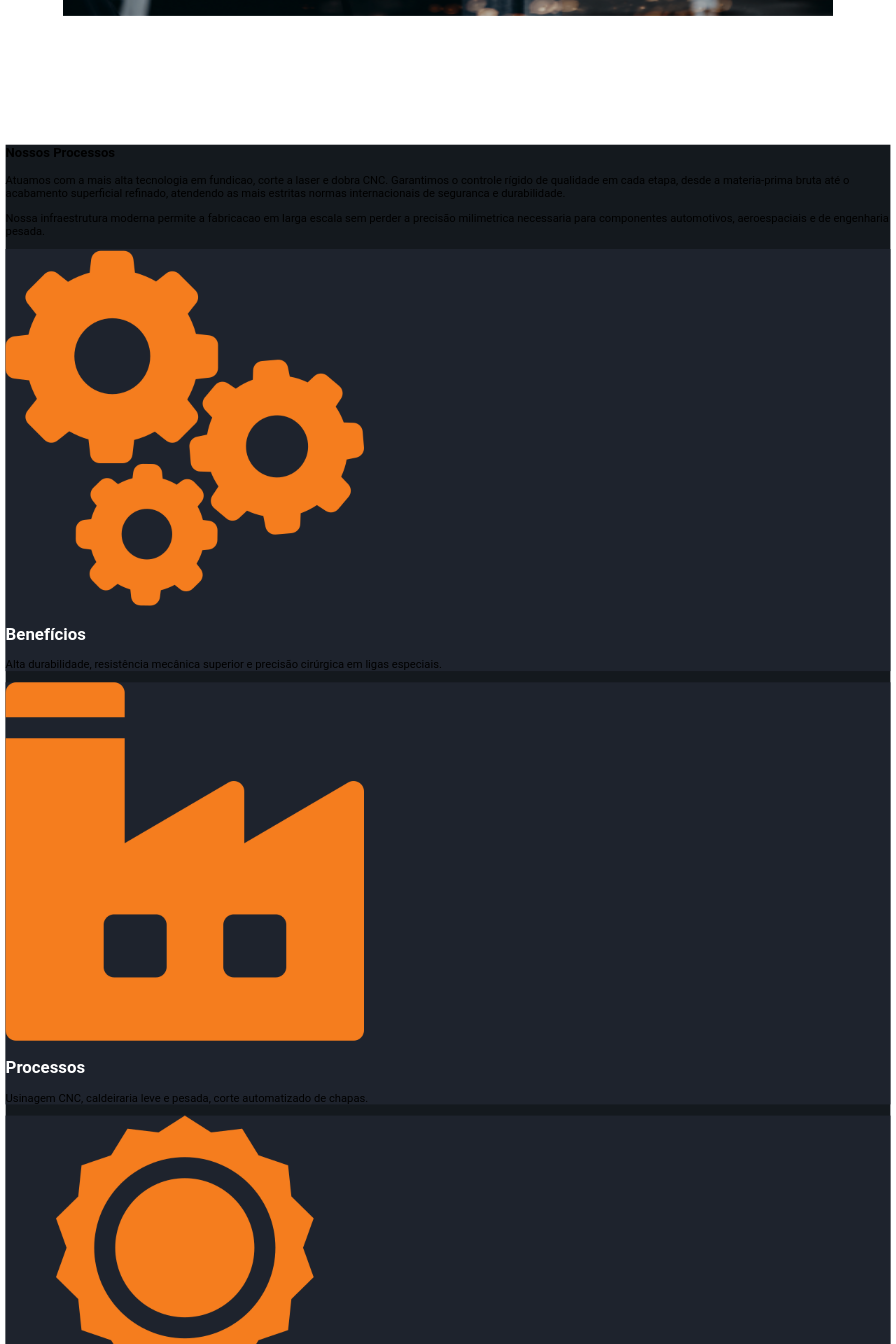
Repository: guiCherpinski/landing-page-metalurgica
Page: index.html
The author's editor kept a copy of each file at every save. The page is drawn from the files as they stood at one save, then again after the next save.
The browser window is 1280 px wide. The pictures show the part of the page from y = 454 to 2374 px (the page is 6017 px tall), at 70% of full size.

Above is the page before, as saved 2026-06-03 20:10:39.

### index.html
<!DOCTYPE html>
<html lang="pt-br">
<head>
    <meta charset="UTF-8">
    <meta name="viewport" content="width=device-width, initial-scale=1.0">
    <title>Metalúrgica</title>
    <link rel="stylesheet" href="style.css">
</head>
<body>
    <header>
        <nav>
            <h1>Metalúrgica <span>MI80</span></h1>

            <div class = "buttons">
                <a href="/">Home</a>
                <a href="/">Serviços</a>
                <a href="/">Projetos</a>
                <a href="/">Contatos</a>
                <button>Faça uma Cotação</button>
            </div>
        </nav>
    </header>

    <main>
        <section class = "hero-section">
            <img src="./img/homem-serrando.png" alt="Foto de um Soldador">
            <div class = "text-hero">
                <h2>Soluções Metalúrgicas de Precisão</h2>
                <p>Expertise no desenvolvimento e usinagem de maquinários, estruturas industriais de alta performance e projetos personalizados em aço</p>
            </div>
        </section>
    </main>

    <section class = "our-process">

        <h3>Nossos Processos</h3>

        <p>Atuamos com a mais alta tecnologia em fundicao, corte a laser e dobra CNC. Garantimos o
            controle rígido de qualidade em cada etapa, desde a materia-prima bruta até o acabamento
            superficial refinado, atendendo as mais estritas normas internacionais de seguranca e
            durabilidade.
        </p>

        <p>Nossa infraestrutura moderna permite a fabricacao em larga escala sem perder a precisão
            milimetrica necessaria para componentes automotivos, aeroespaciais e de engenharia
            pesada.
        </p>


        <article class = "article-benefits">
            <img src="./img/settings-gears.png" alt="Icone de engrenagens">
            <h2>Benefícios</h2>
            <p>Alta durabilidade, resistência mecânica superior e precisão cirúrgica em ligas especiais.</p>
        </article>

        <article class = "article-process">
            <img src="./img/industry.png" alt="Icone de industria">
            <h2>Processos</h2>
            <p>Usinagem CNC, caldeiraria leve e pesada, corte automatizado de chapas.</p>
        </article>

        <article class = "article-certificates">
            <img src="./img/medal.png" alt="Icone de medalha">
            <h2>Certificações</h2>
            <p>Processos totalmente homologados e auditados sob os padrões da ISO 9001.</p>
        </article>
    </section>

    <section class = "last-projects">
        <h2>Ultimos Projetos</h2>
        <p>✔ Estruturas para Linhas de Montagem </p>
        <p>✔ Peças Sob Medida para Hidrelétricas</p>
        <p>✔ Tubulações de Alta Pressão em Inox</p>
    </section>

    <section class = "certificates">
        <h2>Certificações</h2>
        <p>ISO 9001</p>
        <p>ISO 14001</p>
        <p>OHSAS</p>
        <p>CQI-9</p>
    </section>


    <footer class = "rodape">
        <section>
            <h2>Contact Info</h2>

            <article>
                <img src="./img/placeholder.png" alt="Icone pin">
                <p>Setor Industrial, Galpão 04</p>
            </article>

            <article>
                <img src="./img/phone-call.png" alt="Icone de telefone">
                <p>(31) 6553-3352</p>
            </article>

            <article>
                <img src="./img/email.png" alt="Icone email">
                <p>contato@metalurgica-exemplo.com</p>
            </article>
        </section>

        <section>
            <h2>Quick Links</h2>
            <p>Política de Privacidade</p>
            <p>Trabalhe Conosco</p>
            <p>Portal do Cliente</p>
        </section>

        <section>
            <h2>Social Media</h2>
            <img src="./img/linkedin.png" alt="Icone linkedin">
            <img src="./img/instagram.png" alt="Icone instagram">
            <img src="./img/facebook.png" alt="Icone facebook">
            <img src="./img/youtube.png" alt="Icone youtube">
        </section>
    </footer>


</body>
</html>

### style.css
body{
    font-family: 'Roboto' , sans-serif;
    justify-items: center;
    /*background: #0A0A14;*/
}

header{
    background: #14191E;
    width: 1100px;
    border-bottom: 1px solid #2D2929;
}

header h1{
    color: white;
}

header h1 span {
    color: #FA776E;
}

header nav {
    display: flex;
    align-items: center;
    justify-content: space-between;
    margin-left: 25px;
    margin-right: 25px;
}

header nav a {
    margin-left: 10px;
    margin-right: 10px;
    text-decoration: none;
    color: #C8C8C8;
}


header button {
    width:140px;
    height: 35px;
    background: #F57D1E;
    border: none;
    border-radius: 4px;
    color: white;
}

header button:hover{
    cursor: pointer;
    background:#CC5500;
}

.hero-section img{
    width: 1100px;
    height: 400px;
}

.text-hero{
    background: #14191E;
    border-left: 3px solid #F57D1E;
    width: 500px;
    padding: 20px;
    position: relative;
    bottom: 200px;
    left: 40px;
}

.text-hero h2{
    color: white;
}

.text-hero p{
    color: #c8c8c8;
}

.our-process{
    background: #14191E;
}

.our-process h2{
    color: white;
}

.our-process p{
    color:
}

.article-benefits{
    background: #1E232D;
}

.article-process{
    background: #1E232D;
}

.article-certificates{
    background: #1E232D;
}

After the next save:
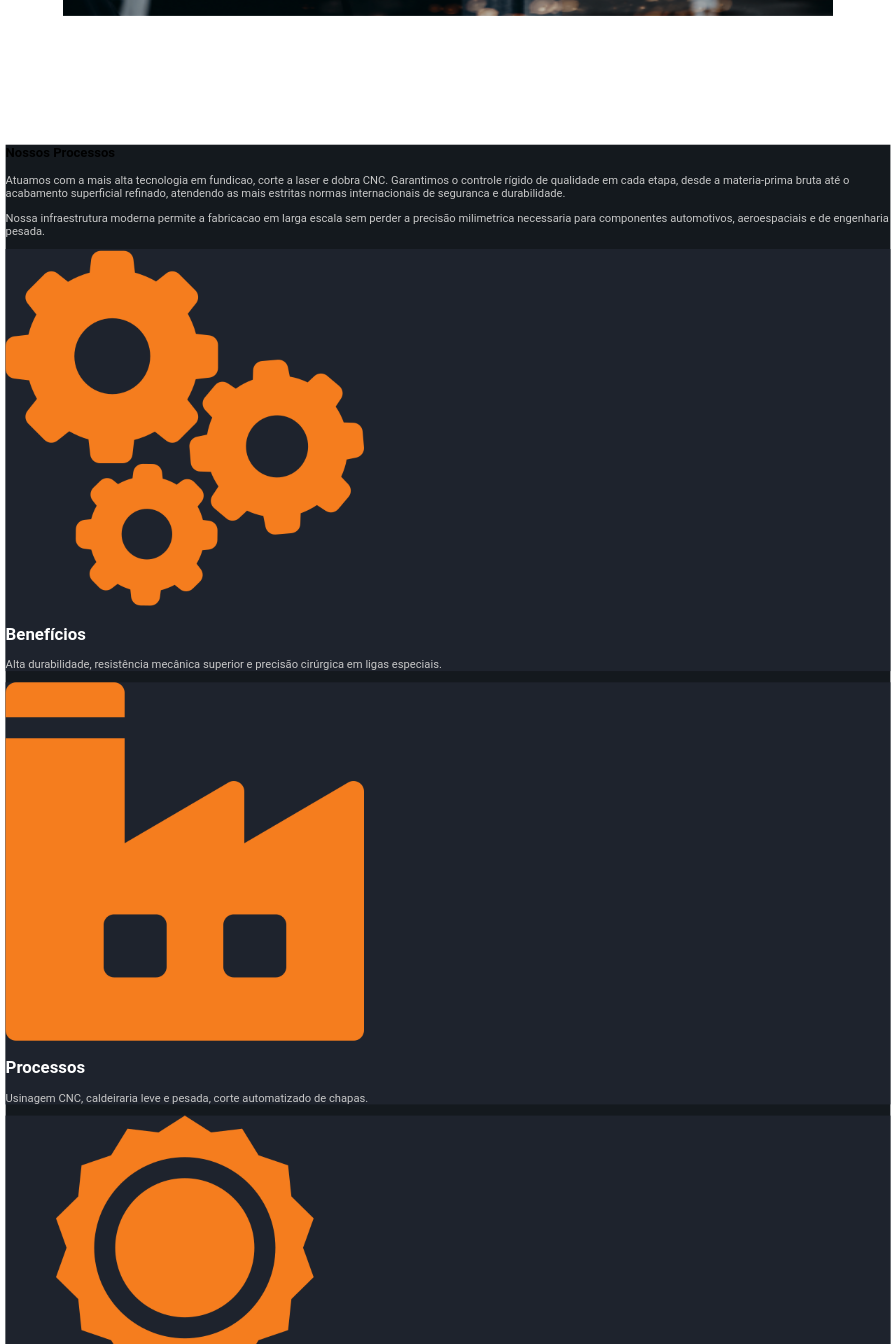
Saved 6 s later.
--- a/style.css
+++ b/style.css
@@ -80,7 +80,7 @@ header button:hover{
 }
 
 .our-process p{
-    color:
+    color: #c8c8c8;
 }
 
 .article-benefits{
